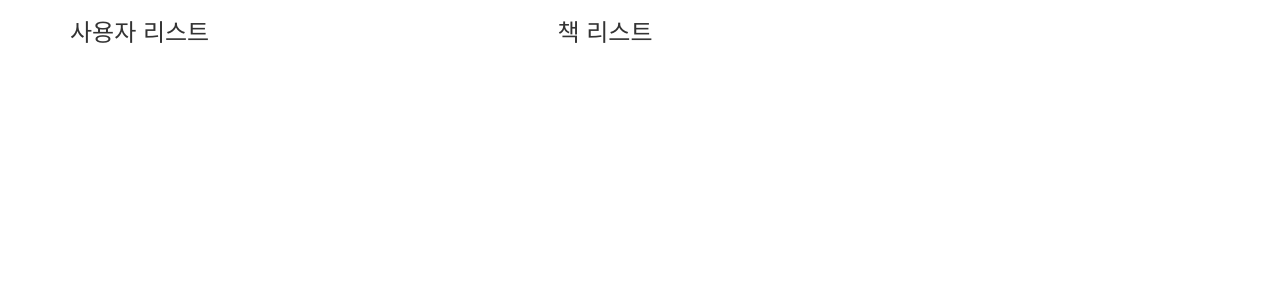
Repository: 92Hjun/spring
Page: demo2/WebContent/demo6.html
The author's editor kept a copy of each file at every save. The page is drawn from the files as they stood at one save, then again after the next save.
The browser window is 1280 px wide. The pictures show the whole page.

Above is the page before, as saved 2017-04-27 01:01:19.

### demo2/WebContent/demo6.html
<!DOCTYPE html>
<html ng-app="myApp">
<head>
<meta charset="UTF-8">
<title></title>
<link rel="stylesheet" href="resources/bootstrap/bootstrap.min.css">
<script type="text/javascript" src="resources/angular/angular.min.js"></script>
<script type="text/javascript" src="directives/my.js"></script>
<script type="text/javascript">
										//의존성 주입 (Dependency Injection)
	var app = angular.module('myApp', ['otherModule']);

	app.controller('memberCtrl', function($scope){
		$scope.members = [
			{username:'홍길동', email:'hong@naver.com'},
			{username:'김유신', email:'kim@me.com'},
			{username:'강감찬', email:'kang@hanmail.com'}
		]

	});

	app.controller('bookCtrl', function($scope){
		$scope.books = [
			{title:'이것이 자바다', price:36000, publisher:'도우출판'},
			{title:'자바의 정석', price:30000, publisher:'한빛 미디어'},
			{title:'알기쉬운 자료구조', price:25000, publisher:'도우출판'}
		]
	});
</script>
</head>
<body>
	<div class="container">
		<div class="row">
			<div class="col-sm-5" ng-controller="memberCtrl">
				<h3>사용자 리스트</h3>
				<div item-list item="members" data="username">

				</div>
			</div>
			<div class="col-sm-5" ng-controller="bookCtrl">
				<h3>책 리스트</h3>
				<div item-list item="books" data="title">

				</div>
			</div>
		</div>
	</div>
</body>
</html>

### demo2/WebContent/directives/my.js
var other = angular.module('otherModule', []);

// 디렉티브 정의하기
other.directive('itemList', function(){
	/*
	 *	<div item-list="x" items="y">
	 * 	scope		:	이 디렉티브가 사용된곳의 $scope를 가르킨다.
	 * 	element		:	이 디렉티브가 사용된 태그를 가르킨다.	jQuery객체다.
	 * 	attrs		:	이 디렉티브가 사용된 태그의 attribute정보를 담고있다.
	 */
	return function(scope, element, attrs){
		var value= attrs['item'];
		var data = scope[value];
		var dataValue = attrs['data'];

		if (angular.isArray(data)) {
			var html = "<ul class='list-group'>";
			data.forEach(function(item, index){
				var text = item[dataValue];
				html += "<li class='list-item'>" + dataValue + "</li>"
			});
			html += "</ul>";

		}
	}

});

Loaded but not shown: demo2/WebContent/resources/bootstrap/bootstrap.min.css (library); demo2/WebContent/resources/angular/angular.min.js (library)

After the next save:
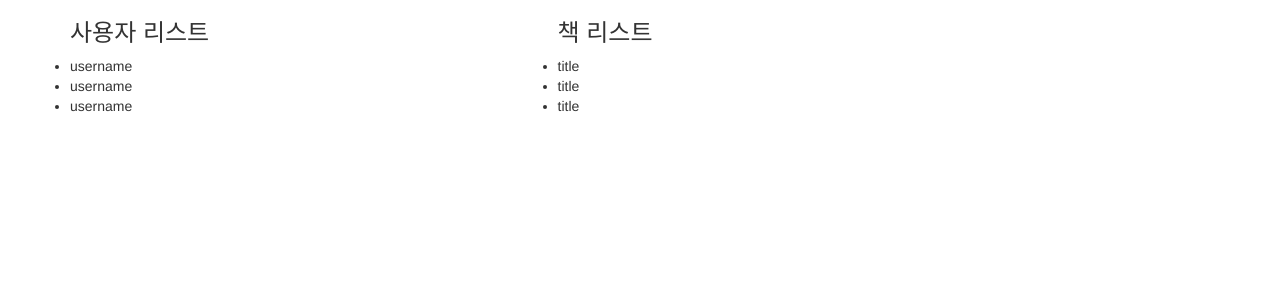
Saved 9 s later.
--- a/demo2/WebContent/directives/my.js
+++ b/demo2/WebContent/directives/my.js
@@ -21,6 +21,8 @@ other.directive('itemList', function(){
 			});
 			html += "</ul>";
 
+			element.append(html);
+
 		}
 	}
 
